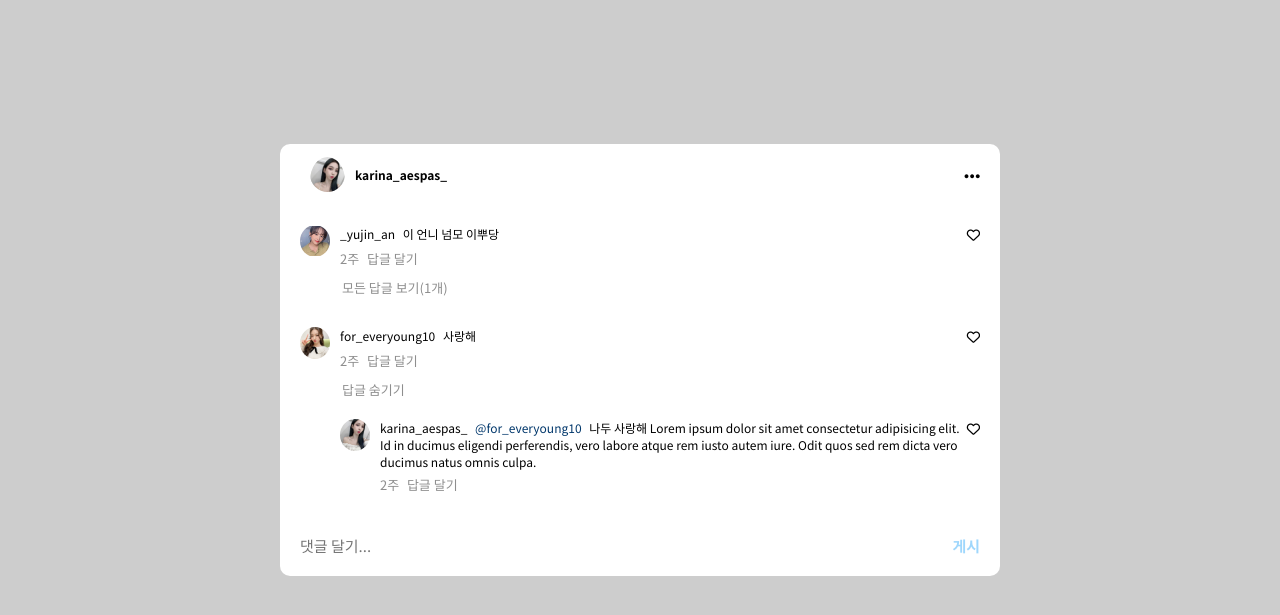
Repository: SNSFiestaTeam/Fiesta
Page: Fiesta/src/main/webapp/html/action/comment.html
The author's editor kept a copy of each file at every save. The page is drawn from the files as they stood at one save, then again after the next save.
The browser window is 1280 px wide. The pictures show the whole page.
Some web fonts or font styles are not loaded; a fallback is used. Some web libraries are served in a nearby version.

Above is the page before, as saved 2022-11-28 17:24:35.

### Fiesta/src/main/webapp/html/action/comment.html
<!DOCTYPE html>
<html lang="en">
  <head>
    <meta charset="UTF-8" />
    <meta http-equiv="X-UA-Compatible" content="IE=edge" />
    <meta name="viewport" content="width=device-width, initial-scale=1.0" />
    <title>Document</title>
    <link rel="stylesheet" href="../../resources/css/common-style.css" />
    <link rel="stylesheet" href="../../resources/css/comment-style.css" />

    <script
      src="https://kit.fontawesome.com/591746f9e8.js"
      crossorigin="anonymous"
    ></script>
  </head>
  <body>
    <section id="commentContainerM">
      <section id="commentListAreaM">
        <div id="writerInfoAreaM">
          <div id="writerInfoM">
            <a href="html/profile/memberfeed(신아민) .html" id="profilePhotoM">
              <img
                id="feedProfileImageM"
                src="../../resources/images/karina.jpeg"
              />
            </a>
            <a href="#" class="feed-memberId-m">karina_aespas_</a>
          </div>
          <div>
            <button
              type="button"
              id="feedHeaderMenuM"
              class="fa-solid fa-ellipsis feed-header-menu"
            ></button>
          </div>
        </div>

        <div class="comment-container-m">
          <div class="comment-area-m">
            <ul class="comment-list-m two-line">
              <!-- 첫번째 댓글(답글 보기 X) -->
              <li class="comment-m">
                <div class="comment-firstchild-m">
                  <a href="#" id="commentProfileM">
                    <img
                      id="commentProfileImageM"
                      src="../../resources/images/안유진.jpg"
                    />
                  </a>
                  <div>
                    <div class="comment-firstline-m">
                      <div>
                        <a href="#" class="comment-memberId-m">_yujin_an</a>
                        <span class="comment-content-m"
                          >이 언니 넘모 이뿌당</span
                        >
                      </div>
                      <div>
                        <button class="comment-like-btn-m">
                          <i class="fa-regular fa-heart"></i>
                        </button>
                      </div>
                    </div>
                    <div class="create-reply-m">
                      <a href="#">2주</a>
                      <a href="#">답글 달기</a>
                      <button
                        type="button"
                        class="fa-solid fa-ellipsis hover-btn-m"
                      ></button>
                    </div>
                  </div>
                </div>
                <a href="#" class="more-reply-m">모든 답글 보기(1개)</a>
              </li>

              <!-- 두번째 댓글(답글 보기 O) -->
              <li class="comment-m">
                <div class="comment-firstchild-m">
                  <a href="#" id="commentProfileM">
                    <img
                      id="commentProfileImageM"
                      src="../../resources/images/장원영.jpg"
                    />
                  </a>
                  <div>
                    <div class="comment-firstline-m">
                      <div>
                        <a href="#" class="comment-memberId-m"
                          >for_everyoung10</a
                        >
                        <span class="comment-content-m">사랑해</span>
                      </div>
                      <div>
                        <button class="comment-like-btn-m">
                          <i class="fa-regular fa-heart"></i>
                        </button>
                      </div>
                    </div>
                    <div class="create-reply-m">
                      <a href="#">2주</a>
                      <a href="#">답글 달기</a>
                      <button
                        type="button"
                        class="fa-solid fa-ellipsis hover-btn-m"
                      ></button>
                    </div>
                  </div>
                </div>
                <a href="#" class="more-reply-m">답글 숨기기</a>
                <!-- 답글 리스트 -->
                <ul>
                  <!-- 두번째 댓글의 답글 -->
                  <li class="comment-m" id="replyM">
                    <div class="reply-firstchild-m">
                      <a href="#" id="commentProfileM">
                        <img
                          id="commentProfileImageM"
                          src="../../resources/images/karina.jpeg"
                        />
                      </a>
                      <div>
                        <div class="reply-firstline-m">
                          <div>
                            <a href="#" class="comment-memberId-m"
                              >karina_aespas_</a
                            >
                            <a href="#" class="mention-m">@for_everyoung10</a>
                            <span class="comment-content-m"
                              >나두 사랑해 Lorem ipsum dolor sit amet
                              consectetur adipisicing elit. Id in ducimus
                              eligendi perferendis, vero labore atque rem iusto
                              autem iure. Odit quos sed rem dicta vero ducimus
                              natus omnis culpa.</span
                            >
                          </div>
                          <div>
                            <button class="comment-like-btn-m">
                              <i class="fa-regular fa-heart"></i>
                            </button>
                          </div>
                        </div>
                        <div class="create-reply-m">
                          <a href="#">2주</a>
                          <a href="#">답글 달기</a>
                          <button
                            type="button"
                            class="fa-solid fa-ellipsis hover-btn-m"
                          ></button>
                        </div>
                      </div>
                    </div>
                  </li>
                </ul>
              </li>

              <!-- 세번째 댓글 -->
              <li class="comment-m">
                <div class="comment-firstchild-m">
                  <a href="#" id="commentProfileM">
                    <img
                      id="commentProfileImageM"
                      src="../../resources/images/이영지.jpg"
                    />
                  </a>
                  <div>
                    <div class="comment-firstline-m">
                      <div>
                        <a href="#" class="comment-memberId-m">youngji_02</a>
                        <span class="comment-content-m">레전드</span>
                      </div>
                      <div>
                        <button class="comment-like-btn-m">
                          <i class="fa-regular fa-heart"></i>
                        </button>
                      </div>
                    </div>
                    <div class="create-reply-m">
                      <a href="#">2주</a>
                      <a href="#">답글 달기</a>
                      <button
                        type="button"
                        class="fa-solid fa-ellipsis hover-btn-m"
                      ></button>
                    </div>
                  </div>
                </div>
                <a href="#" class="more-reply-m">모든 답글 보기(1개)</a>
              </li>

              <!-- 네번째 댓글 -->
              <li class="comment-m">
                <div class="comment-firstchild-m">
                  <a href="#" id="commentProfileM">
                    <img
                      id="commentProfileImageM"
                      src="../../resources/images/이영지.jpg"
                    />
                  </a>
                  <div>
                    <div class="comment-firstline-m">
                      <div>
                        <a href="#" class="comment-memberId-m">youngji_02</a>
                        <span class="comment-content-m">레전드</span>
                      </div>
                      <div>
                        <button class="comment-like-btn-m">
                          <i class="fa-regular fa-heart"></i>
                        </button>
                      </div>
                    </div>
                    <div class="create-reply-m">
                      <a href="#">2주</a>
                      <a href="#">답글 달기</a>
                      <button
                        type="button"
                        class="fa-solid fa-ellipsis hover-btn-m"
                      ></button>
                    </div>
                  </div>
                </div>
                <a href="#" class="more-reply-m">모든 답글 보기(1개)</a>
              </li>

              <!-- 네번째 댓글 -->
            </ul>
          </div>
        </div>
        <div class="comment-input-area-m">
          <form name="commentForm" action="#">
            <input
              name="comment"
              id="commentInputM"
              class="comment-input-m"
              type="text"
              placeholder="댓글 달기..."
              autocomplete="off"
            />
            <button class="posting-btn" disabled>게시</button>
          </form>
        </div>
      </section>
    </section>
  </body>
</html>

### Fiesta/src/main/webapp/resources/css/common-style.css
@import url('https://fonts.googleapis.com/css2?family=Noto+Sans+KR:wght@100;300;400;500;700;900&display=swap');
@import url('https://fonts.googleapis.com/css2?family=Chewy&display=swap');
@import url('https://fonts.googleapis.com/css2?family=Leckerli+One&display=swap');
@import url('https://fonts.googleapis.com/css2?family=Cookie&display=swap');
@import './root-style.css';
@import url('https://fonts.googleapis.com/css2?family=Nanum+Gothic:wght@400;700;800&display=swap');


/* 전체 적용 스타일 */
* {
  margin: 0;
  padding: 0;
  box-sizing: border-box;
  list-style: none;
  font-family: 'Noto Sans KR', sans-serif;
}

a {
  text-decoration: none;
  color: black;
}

body {
  width: vw;
  font-size: 18px;
}

button {
  border: none;
  background-color: white;
}

footer {
  width: 100%;
  height: 134px;
  color: gray;
  font-size: var(--small-font-size);
  padding-bottom: 40px;

  display: flex;
  flex-direction: column;
  justify-content: space-around;
  align-items: center;
}

footer a {
  color: gray;
}

header {
  width: 100%;
  height: 60px;
  border-bottom: 1px solid #ccc;

  position: sticky;
  top: 0;
  background-color: white;

  display: flex;
  justify-content: center;
  z-index: 2;
}

header > section {
  width: 1000px;
  padding: 0 20px;

  display: flex;
  justify-content: space-between;
  align-items: center;
}

.logo-section a {
  font-family: 'Cookie', cursive;
  /* font-family: 'Chewy', cursive; */
  color: #dd4132;
  font-size: 50px;
  width: 120px;
  height: auto;
}

#logo {
  width: 120px;
  height: auto;
}

.search-section {
  width: 50%;

  display: flex;
  justify-content: center;
}

.search-section fieldset {
  height: 36px;
  width: 90%;
  background-color: --main-font-color;
  border: none;
  border-radius: 5px;

  display: flex;
  justify-content: center;
  align-items: center;
}

.search-section fieldset input {
  width: 200px;
}

#searchX {
  display: flex;
  justify-content: center;
  align-items: center;

  border-radius: 50%;

  display: none;
}

#searchX > i {
  background-color: #ccc;
  display: block;
  width: 15px;
  height: 15px;
  border-radius: 50%;
  font-size: 10px;

  display: flex;
  justify-content: center;
  align-items: center;
  color: white;
}

.search-section fieldset:focus-within > #search-glass {
  display: none;
}

.search-section fieldset:focus-within > #searchX {
  display: inline;
}

.search-section fieldset > input {
  height: 25px;
  border: none;
  outline: none;
  font-size: var(--madium-font-size);

  flex-basis: 80%;
}

.search-section fieldset > button {
  height: 25px;
  margin-right: 10px;
  font-size: 16px;
  color: var(--main-font-color);

  flex-basis: 10%;
}

nav {
  flex-shrink: 0;
}

nav > ul {
  font-size: var(--large-icon-size);

  display: flex;
  justify-content: space-between;
}

nav li {
  margin-left: 10px;
  flex-shrink: 0;

  text-align: center;
}

nav li > button {
  width: 100%;
  height: 100%;
  font-size: var(--large-icon-size);
}

nav li > button:active {
  color: var(--main-font-color);
}

nav li > a:active {
  color: var(--main-font-color);
}

nav i {
  flex-shrink: 0;
}

#searchBtn {
  display: none;
}

.toggle-search-section {
  display: none;
}

@media screen and (min-width: 1024px) {
  /* Desktop */
}

@media screen and (min-width: 471px) and (max-width: 1023px) {
  /* Tablet */
}

@media screen and (max-width: 780px) {
  .search-section > form {
    display: none;
  }

  #searchBtn {
    display: inline;
  }

  .toggle-search-section {
    width: 100vw;
    height: 80px;

    position: sticky;
    top: 60px;

    display: flex;
    justify-content: center;
    align-items: center;
    z-index: 40;
    display: none;
  }

  .toggle-search-section fieldset {
    height: 38px;
    width: 100%;
    background-color: #ffffff90;
    border: 1px solid #8e8e8e;
    border-radius: 5px;
    padding-left: 10px;

    display: flex;
    justify-content: center;
    align-items: center;
  }

  .toggle-search-section fieldset > input {
    height: 100%;
    width: 100%;
    border: none;
    outline: none;
    font-size: var(--madium-font-size);
    background-color: #ffffff00;

    flex-basis: 80%;
  }

  .toggle-search-section fieldset > button {
    height: 30px;
    margin-right: 10px;
    font-size: 16px;
    color: var(--fiesta-color);
    background-color: #ffffff00;

    flex-basis: 10%;
  }
}

@media screen and (max-width: 470px) {
  /* mobile */

  html {
    width: 100%;
  }

  body {
    width: vw;
  }

  footer {
    display: none;
  }

  #header-section {
    width: vw;
  }

  #newPost {
    width: 60px;
    height: 60px;
    border: 2px solid #8e8e8e;
    border-radius: 50%;
    background-color: white;
    display: flex;
    justify-content: center;
    align-items: center;

    font-size: 30px;

    position: fixed;
    bottom: 20px;
    right: 10px;
  }
}

### Fiesta/src/main/webapp/resources/css/comment-style.css
@import "./root-style.css";

#commentContainerM {
  width: 100vw;
  height: 100vh;
  background-color: #8e8e8e70;

  display: flex;
  align-items: center;
  justify-content: center;
}

#commentListAreaM {
  width: 70%;
  height: 60%;
  background-color: white;

  border-radius: 10px;

  padding: 10px 20px;
}

#commentListAreaM::-webkit-scrollbar {
  display: none;
}

#writerInfoAreaM {
  height: 10%;
  display: flex;
  justify-content: space-between;
  align-items: center;
}

#writerInfoM {
  display: flex;
  align-items: center;
}

.feed-header-m {
  height: 56px;

  flex-basis: 10%;

  display: flex;
  justify-content: space-between;
  align-items: center;
}

.fa-ellipsis {
  font-size: var(--large-font-size);
}

#writerInfoM {
  display: flex;
  align-items: center;
}

.feed-memberId-m {
  font-size: 16px;
  font-weight: bold;
}

#profilePhotoM {
  display: block;
  border-radius: 50%;
  width: 35px;
  height: 35px;
  overflow: hidden;
  margin: 10px;
  display: flex;
  justify-content: center;
  align-items: center;
}

#writerInfoM > a {
  font-size: var(--small-font-size);
}

#feedProfileImageM {
  width: 100%;
  border-radius: 50%;
}

#writerInfoM a,
#writerInfoM span {
  display: block;
}

#feedHeaderMenuM {
  cursor: pointer;
}

/* 댓글 */
.comment-container-m {
  height: 80%;
  overflow: auto;
}

.comment-container-m::-webkit-scrollbar {
  display: none;
}

.comment-container-m > button {
  display: block;
  padding-top: 8px;
  color: var(--main-font-color);
}

.comment-icon-menu-m a:hover {
  color: var(--main-font-color);
}

.comment-area-m > ul > li {
  width: 100%;
}

.comment-m {
  font-size: var(--small-font-size);
  display: flex;
  flex-direction: column;
}

.comment-firstline-m {
  display: flex;
  justify-content: space-between;
}

/* 댓글 상세보기 설정 */
a#commentProfileM {
  display: none;
}

.create-reply-m {
  display: none;
}
/* 댓글 상세보기 설정 여기까지 */

.comment-memberId-m {
  font-size: var(--small-font-size);
  font-weight: 500;
  margin-right: 5px;
}

.like-heart-m:hover {
  color: gray;
}

.mention-m {
  color: var(--mention-font-color);
  margin-right: 5px;
}

.comment-area-m li {
  display: flex;
  margin: 4px 0;
}

.create-date-m {
  color: var(--main-font-color);
  font-size: 10px;
  margin: 10px 0;
}

.more-reply-m {
  display: none;
}

.comment-input-area-m {
  margin: auto;
  height: 10%;
  font-size: var(--small-font-size);
}

.comment-input-area-m > form {
  height: 100%;
  display: flex;
  justify-content: space-between;
  align-items: center;
}

.comment-input-area-m input {
  border: 0;
  outline: none;
  flex-basis: 90%;
}

.comment-input-area-m button {
  color: var(--point-font-color);
  font-weight: bold;
}

.comment-input-area-m button:disabled {
  color: #0095f660;
  cursor: default;
}

/* 댓글 상세보기 설정 */
.comment-container-m {
  display: flex;
  flex-direction: column;
}

.comment-area-m > ul > li {
  justify-content: center;
  margin-top: 30px;
}

a#commentProfileM {
  display: flex;
  justify-content: center;
  align-items: center;
  width: 32px;
  height: 32px;
  border-radius: 50%;
  overflow: hidden;
  margin-right: 10px;

  object-fit: fill;
}

#commentProfileImageM {
  width: 100%;
}

.comment-firstchild-m {
  width: 100%;
  display: flex;
}

.comment-firstchild-m > div {
  width: 100%;
}

div.comment-firstline-m {
  width: 100%;
  display: flex;
  justify-content: space-between;
}

.comment-like-btn-m {
  cursor: pointer;
}

.reply-firstchild-m {
  display: flex;
}

.reply-firstchild-m > div {
  width: 100%;
}

div.reply-firstline-m {
  display: flex;
  justify-content: space-between;
}

.create-reply-m {
  margin-top: 5px;
  display: block;
}

.create-reply-m > a {
  color: #8e8e8e;
  font-size: 13px;
  margin-right: 5px;
}

.hover-btn-m {
  margin-left: 10px;
  color: white;
  cursor: pointer;
}

.create-reply-m:hover > .hover-btn-m {
  color: #8e8e8e;
}

.more-reply-m {
  display: block;
  margin-top: 10px;
  margin-left: 42px;
  font-size: 13px;
  color: #8e8e8e;
}

.more-reply-m::before {
  content: "";
}

/* 댓글 상세보기 스타일 end */

/* 답글 스타일 */
#replyM {
  margin-left: 40px;
  margin-top: 20px;
}
/* 답글 스타일 end */

/* 댓글 입력창 */

.comment-input-area-m > form {
  align-items: center;
  margin-bottom: 5px;
}

.comment-input-area-m > form > input {
  height: 100%;
  font-size: 15px;
}

.comment-input-area-m > form > button {
  font-size: 15px;
}

@media screen and (min-width: 1024px) {
  #commentListAreaM {
    width: 720px;
    height: 60%;
    background-color: white;

    border-radius: 10px;

    padding: 10px 20px;
  }
}

### Fiesta/src/main/webapp/resources/css/root-style.css
/* 루트 함수
공동으로 사용할 스타일을 미리 지정해놓고 사용 가능
스타일 지정시 지정할 스타일: 루트 함수명 으로 사용 가능
--만 타이핑 하면 자동완성 리스트가 뜨고
선택하면 var()함수까지 자동완성됨 */
:root {
  --background-color: white;
  --main-font-color: #8e8e8e;
  --icon-button-color: #262626;
  --point-font-color: #0095f6;
  --mention-font-color: #00376b;
  --fiesta-color: #dd4132;
  --small-font-size: 12px;
  --main-font-size: 13px;
  --madium-font-size: 16px;
  --large-icon-size: 24px;
}

After the next save:
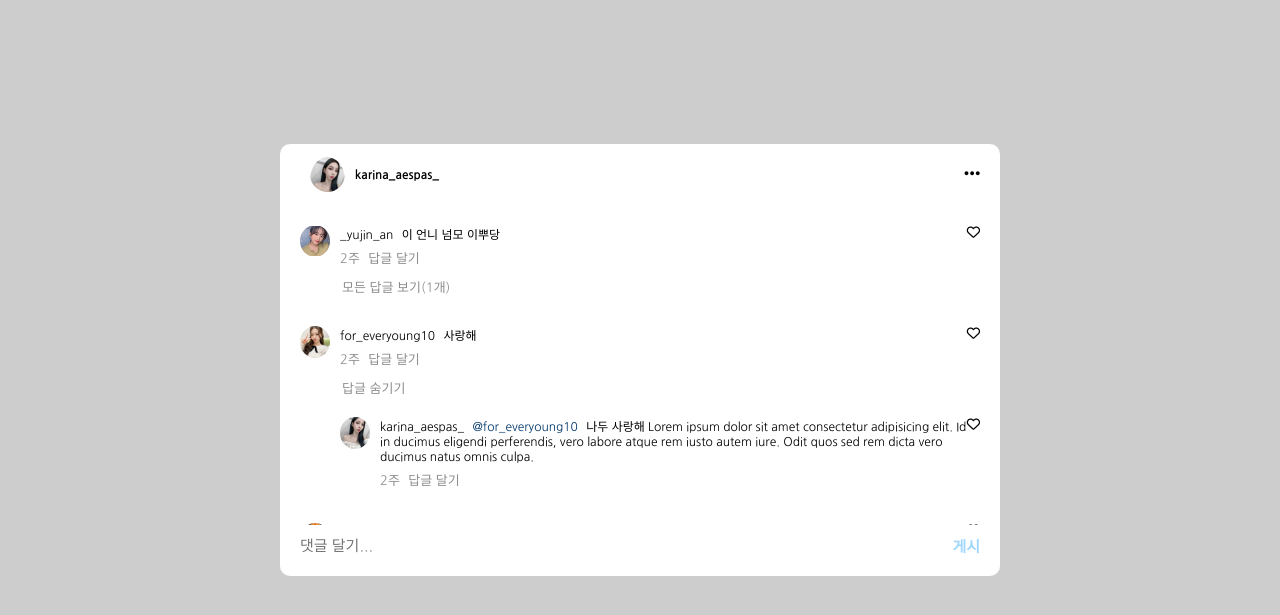
Saved 10 s later.
--- a/Fiesta/src/main/webapp/resources/css/common-style.css
+++ b/Fiesta/src/main/webapp/resources/css/common-style.css
@@ -12,7 +12,8 @@
   padding: 0;
   box-sizing: border-box;
   list-style: none;
-  font-family: 'Noto Sans KR', sans-serif;
+  /* font-family: 'Noto Sans KR', sans-serif; */
+  font-family: 'Nanum Gothic', sans-serif;
 }
 
 a {
